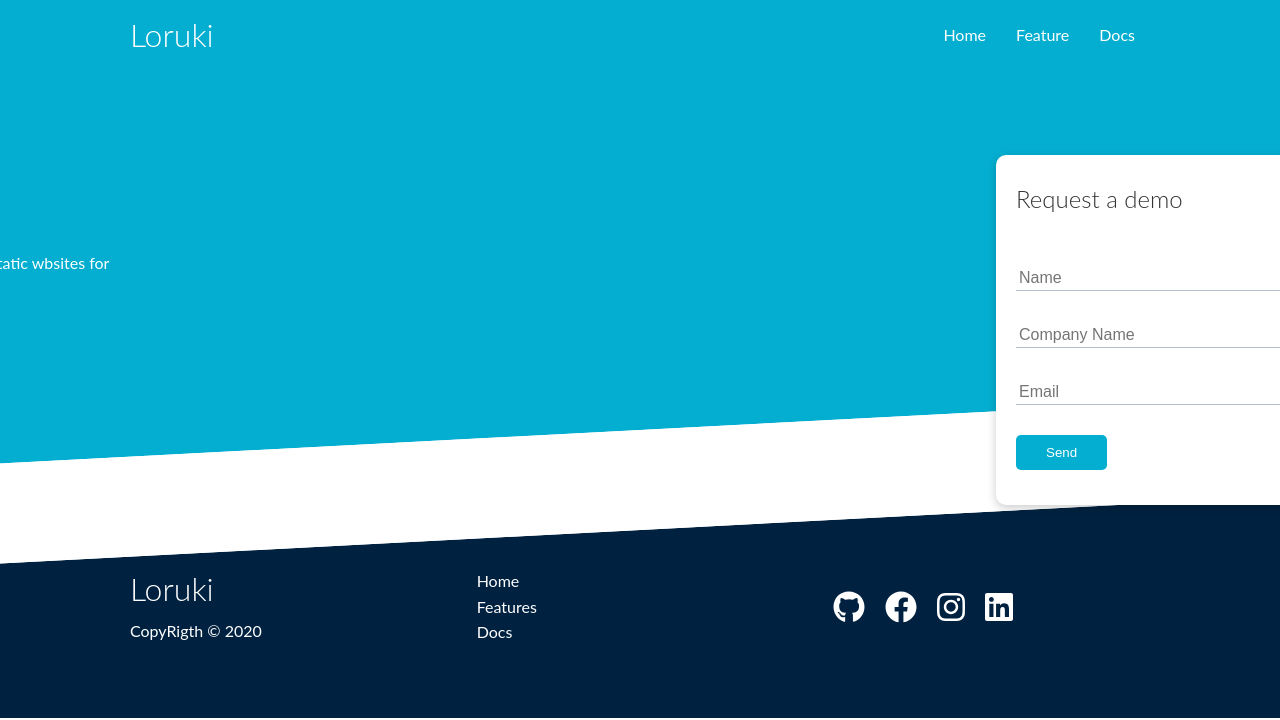
Repository: MosiurRrahman/loruki-app-reactjs
Page: /
An editor plug-in stored every save of this project. The page is shown before and after the next save, followed by the edit.
The browser window is 1280 px wide. The pictures show the whole page.
The project was rebuilt for these pictures with package versions that can differ from the ones it lists, and the page was loaded fresh each time. Also part of the build but not shown: src/components/app.jsx.

Above is the page before, as saved 2021-10-05 16:54:51.

### src/index.js
import React from 'react';
import ReactDOM from 'react-dom';
import { BrowserRouter, Route, Switch } from 'react-router-dom';
import Layout from './components/app';
import defaultLayout from './components/layouts/Main';
import './index.css';
// import './utilities';






class Root extends React.Component{
  render(){
    return(
      <BrowserRouter basename = {"/"} >
      <Switch>
        <Route exact path = "/" component={defaultLayout} />
      <Layout></Layout>
      </Switch>
      </BrowserRouter>
    );
  }
}




ReactDOM.render(
  <React.StrictMode>
    <Root />
  </React.StrictMode>,
  document.getElementById('root')
);

### src/components/layouts/Main.jsx
import React, { Component } from "react";
import Footer from "../common/Footer";
import Header from "../common/Header";
import HomePage from "../pages/home/HomePage";

class Main extends Component {
  constructor(props) {
    super(props);
    this.state = {};
  }
  render() {
    return (
      <>
        <Header />
        <HomePage />
        <Footer />
      </>
    );
  }
}

export default Main;

### src/index.css
/* all css imported */

@import url("./assets/css/main");
@import url("./assets/css/utilities");

### src/components/common/Footer.jsx
import {
  faFacebook,
  faGithub,
  faInstagram,
  faLinkedin,
} from "@fortawesome/free-brands-svg-icons";
import { FontAwesomeIcon } from "@fortawesome/react-fontawesome";
import { Component } from "react";

class Footer extends Component {
  render() {
    return (
      <>
        <footer className="footer bg-dark py-5">
          <div className="container grid grid-3">
            <div>
              <h1>Loruki</h1>
              <p>CopyRigth &copy; 2020</p>
            </div>
            <nav>
              <ul>
                <li>
                  <a href="index.html">Home</a>
                </li>
                <li>
                  <a href="feature.html">Features</a>
                </li>
                <li>
                  <a href="docs.html">Docs</a>
                </li>
              </ul>
            </nav>
            <div className="social">
              <a href="#">
                <li className="fa-2x">
                  <FontAwesomeIcon icon={faGithub} />
                </li>
              </a>
              <a href="#">
                <li className="fa-2x">
                  <FontAwesomeIcon icon={faFacebook} />
                </li>
              </a>
              <a href="#">
                <li className="fa-2x">
                  <FontAwesomeIcon icon={faInstagram} />
                </li>
              </a>
              <a href="#">
                <li className=" fa-2x">
                  <FontAwesomeIcon icon={faLinkedin} />
                </li>
              </a>
            </div>
          </div>
        </footer>
      </>
    );
  }
}
export default Footer;

### src/components/common/Header.jsx
import { Component } from "react";

class Header extends Component {
  render() {
    return (
      <>
        <div className="navbar">
          <div className="container flex">
            <h1 className="logo">Loruki</h1>
            <nav>
              <ul>
                <li>
                  <a href="index.html">Home</a>
                </li>
                <li>
                  <a href="feature.html">Feature</a>
                </li>
                <li>
                  <a href="docs.html">Docs</a>
                </li>
              </ul>
            </nav>
          </div>
        </div>
      </>
    );
  }
}
export default Header;

### src/components/pages/home/HomePage.js
import React, { Component } from 'react';
import ShowCase from './ShowCase';
import Status from './Status';

class HomePage extends Component {
    constructor(props){
        super(props);
        this.state = {

        }
    }
    render() {
        return (
            <>
            <ShowCase/>
            <Status/>
            </>
        );
    }
}

export default HomePage;

### src/assets/css/main.css
:root {
  --primary-color: #04aed0;
  --secondry-color: #04a1c0;
  --dark-color: #002240;
  --light-color: #f4f4ff;
  --success-color: #5cb85c;
  --error-color: #d9534f;
}

* {
  box-sizing: border-box;
  margin: 0;
  padding: 0;
}

body {
  font-family: "lato", sans-serif;
  color: #333333;
  line-height: 1.6;
}

ul {
  list-style-type: none;
}

a {
  text-decoration: none;
  color: #333333;
}

h1,
h2 {
  font-weight: 300;
  line-height: 1.2;
  margin: 10px 0;
}

p {
  margin: 10px 0;
}

img {
  width: 100%;
}

code,
pre {
  background: #333;
  color: #fff;
  padding: 10px;
}

.hidden {
  visibility: hidden;
  height: 0;
}

/* === navbar style === */

.navbar {
  background-color: var(--primary-color);
  color: #ffffff;
  height: 70px;
}

.navbar .flex {
  justify-content: space-between;
}

.navbar ul {
  display: flex;
}

.navbar ul a {
  padding: 10px;
  margin: 0 5px;
  color: #fff;
  transition: 0.3s;
}

.navbar ul a:hover {
  border-bottom: 2px solid #fff;
}

/* === Showcase style === */

.showcase {
  height: 400px;
  background-color: var(--primary-color);
  color: #fff;
  position: relative;
}

.showcase h1 {
  font-size: 40px;
}

.showcase p {
  margin: 20px 0;
}

.showcase .grid {
  overflow: visible;
  grid-template-columns: 55% 45%;
  gap: 30px;
}

body {
  overflow-x: hidden;
}

.showcase-form {
  position: relative;
  top: 60px;
  height: 350px;
  max-width: 400px;
  padding: 40px;
  z-index: 100;
  animation: slideInFromRight 1s ease-in;
}

.showcase-text {
  animation: slideInFromLeft 1s ease-in;
}

.showcase .form-control {
  margin: 30px 0;
}

.showcase input[type="text"],
.showcase input[type="email"] {
  border: 0;
  border-bottom: 1px solid #b4becb;
  width: 100%;
  padding: 3px;
  font-size: 16px;
}

.showcase-form input:focus {
  outline: none;
}

.showcase::before,
.showcase::after {
  content: "";
  position: absolute;
  height: 100px;
  background: #fff;
  left: 0;
  bottom: -60px;
  right: 0;
  transform: skewY(-3deg);
  --webkit-transform: skewY(-3deg);
  --moz-transform: skewY(-3deg);
  --ms-transform: skewY(-3deg);
}

/* ===stats=== */

.stats {
  padding-top: 100px;
  animation: slideInFromBottom 1s ease-in;
}

.stats-heading {
  max-width: 500px;
  margin: auto;
}

.stats .grid h3 {
  font-size: 35px;
}

.stats .grid p {
  font-size: 20px;
  font-weight: bold;
}

/* cli */

.cli .grid {
  grid-template-columns: repeat(3, 1fr);
  grid-template-rows: repeat(2, 1fr);
}

.cli .grid > *:first-child {
  grid-column: 1 / span 2;
  grid-row: 1 / span 2;
}

/* Cloud */

.cloud .grid {
  grid-template-columns: repeat(4fr, 1fr);
}

/* languages */

.languages .flex {
  flex-wrap: wrap;
}

.languages .card {
  text-align: center;
  margin: 18px 10px 40px;
  transition: 0.3s;
}

.languages .card:hover {
  transform: translateY(-15px);
  color: var(--primary-color);
}

.languages .card h4 {
  font-size: 20px;
  margin-bottom: 10px;
}

/* Feature section */

.freatures-head img,
.docs-head img {
  width: 200px;
  justify-self: center;
}

.freatures-sub-head img {
  width: 300px;
  justify-self: flex-end;
}

/* feature main */

.freatures-main .card > i {
  margin-right: 20px;
}

.freatures-main .grid {
  padding: 30px;
}

.freatures-main .grid > *:first-child {
  grid-column: 1 / span 3;
}

.freatures-main .grid > *:nth-child(2) {
  grid-column: 1 / span 2;
}

.freatures-main .grid > *:nth-child(2) {
  justify-content: start;
}

/* dosc */

.docs-main h3 {
  margin: 20px 0;
}

.docs-main .grid {
  grid-template-columns: 1fr 2fr;
  align-items: flex-start;
}

.docs-main nav li {
  font-size: 20px;
  padding-bottom: 5px;
  margin-bottom: 5px;
  border-bottom: 1px solid #ccc;
}

.docs-main nav a:hover {
  color: var(--primary-color);
  font-weight: bold;
}

/* Footer */
.footer .social {
  display: flex;
}
.footer .social a {
  margin: 0 10px;
}

.footer .social a li {
  list-style-type: none;
  transition: 0.3s;
}

.footer .social a li:hover {
  transform: translateY(-5px);
  color: var(--primary-color);
}

/* Animation */

@keyframes slideInFromLeft {
  0% {
    transform: translateX(-100%);
  }
  100% {
    transform: translateX(0);
  }
}

@keyframes slideInFromRight {
  0% {
    transform: translateX(70%);
  }
  100% {
    transform: translateX(0);
  }
}

@keyframes slideInFromTop {
  0% {
    transform: translateY(-100%);
  }
  100% {
    transform: translateX(0);
  }
}

@keyframes slideInFromBottom {
  0% {
    transform: translateY(100%);
  }
  100% {
    transform: translateX(0);
  }
}

/* ===responsive css ===*/

/* Tablets and under */

@media screen and (max-width: 768px) {
  .grid,
  .showcase .grid,
  .stats .grid,
  .cli .grid,
  .cloud .grid,
  .freature-main .grid,
  .docs-main .grid {
    grid-template-columns: 1fr;
    grid-template-rows: 1fr;
  }
  .showcase {
    height: auto;
  }
  .showcase-text {
    text-align: center;
    margin-top: 40px;
    animation: slideInFromTop 1s ease-in;
  }
  .showcase-form {
    justify-self: center;
    margin: auto;
    animation: slideInFromBottom 1s ease-in;
  }
  .cli .grid > *:first-child {
    grid-column: 1;
    grid-row: 1;
  }
  .freatures-head,
  .freatures-sub-head,
  .docs-head {
    text-align: center;
  }
  .freatures-head img,
  .freatures-sub-head img,
  .docs-head img {
    justify-self: center;
  }
  .freatures-main .grid > *:first-child,
  .freatures-main .grid > *:nth-child(2) {
    grid-column: 1;
  }
  .grid-3 {
    grid-template-columns: 1fr;
    grid-template-rows: 1fr;
  }
}

/* Mobile */

@media (max-width: 500px) {
  .navbar {
    height: 110px;
  }
  .navbar .flex {
    flex-direction: column;
  }
  .navbar ul {
    padding: 10px;
    background: rgba(0, 0, 0, 0.1);
  }
}

/* ===responsive css end ===*/

/* === utlities === */

.container {
  max-width: 1100px;
  margin: 0 auto;
  overflow: auto;
  padding: 0 40px;
}

.card {
  background-color: #fff;
  color: #333;
  border-radius: 10px;
  box-shadow: 0 3px 10px rgba(0, 0, 0, 0.2);
  padding: 20px;
  margin: 10px;
}

.card p {
  padding-left: 20px;
}

.btn {
  display: inline-block;
  padding: 10px 30px;
  cursor: pointer;
  background: var(--primary-color);
  color: #fff;
  border: none;
  border-radius: 5px;
  transition: 0.3s;
}

.btn-outline {
  background-color: transparent;
  border: 1px solid #ffffff;
}

.btn:hover {
  transform: translate(5px);
}

/* background and colored buttons */

.btn-primary,
.bg-primary {
  background-color: var(--primary-color);
  color: #ffffff;
}

.btn-secondry,
.bg-secondry {
  background-color: var(--secondry-color);
  color: #ffffff;
}

.btn-dark,
.bg-dark {
  background-color: var(--dark-color);
  color: #ffffff;
}

.btn-light,
.bg-light {
  background-color: var(--light-color);
  color: #333;
}

.btn-primary a,
.bg-primary a,
.btn-secondry a,
.bg-secondry a,
.btn-dark a,
.bg-dark a {
  color: #fff;
}

/* text sizes */

.lead {
  font-size: 20px;
}

.sm {
  font-size: 1rem;
}

.md {
  font-size: 2rem;
}

.lg {
  font-size: 3rem;
}

.xl {
  font-size: 4rem;
}

.text-center {
  text-align: center;
}

.flex {
  display: flex;
  justify-items: center;
  align-items: center;
  height: 100%;
}

.grid {
  display: grid;
  grid-template-columns: repeat(2, 1fr);
  gap: 20px;
  justify-content: center;
  align-items: center;
  height: 100%;
}

.grid-3 {
  grid-template-columns: repeat(3, 1fr);
}

/* alart */

.alert {
  background-color: var(--light-color);
  padding: 10px 20px;
  font-weight: bold;
  margin: 15px 0;
}

.alert i {
  margin-right: 10px;
}

.alert-success {
  background-color: var(--success-color);
  color: #fff;
}

.alert-error {
  background-color: var(--errer-color);
  color: #fff;
}

/* Margin */

.my-1 {
  margin: 1rem 0;
}

.my-2 {
  margin: 1.5rem 0;
}

.my-3 {
  margin: 2rem;
}

.my-4 {
  margin: 3rem 0;
}

.my-5 {
  margin: 4rem 0;
}

.m-1 {
  margin: 1rem;
}

.m-2 {
  margin: 1.5rem;
}

.m-3 {
  margin: 2rem;
}

.m-4 {
  margin: 3rem;
}

.m-5 {
  margin: 4rem;
}

/* padding */

.py-1 {
  padding: 1rem 0;
}

.py-2 {
  padding: 1.5rem 0;
}

.py-3 {
  padding: 2rem;
}

.py-4 {
  padding: 3rem 0;
}

.py-5 {
  padding: 4rem 0;
}

.p-1 {
  padding: 1rem;
}

.p-2 {
  padding: 1.5rem;
}

.p-3 {
  padding: 2rem;
}

.p-4 {
  padding: 3rem;
}

.p-5 {
  padding: 4rem;
}

### src/assets/css/utilities.css
/* === utlities === */

.container {
  max-width: 1100px;
  margin: 0 auto;
  overflow: auto;
  padding: 0 40px;
}

.card {
  background-color: #fff;
  color: #333;
  border-radius: 10px;
  box-shadow: 0 3px 10px rgba(0, 0, 0, 0.2);
  padding: 20px;
  margin: 10px;
}

.card p {
  padding-left: 20px;
}

.btn {
  display: inline-block;
  padding: 10px 30px;
  cursor: pointer;
  background: var(--primary-color);
  color: #fff;
  border: none;
  border-radius: 5px;
  transition: 0.3s;
}

.btn-outline {
  background-color: transparent;
  border: 1px solid #ffffff;
}

.btn:hover {
  transform: translate(5px);
}

/* background and colored buttons */

.btn-primary,
.bg-primary {
  background-color: var(--primary-color);
  color: #ffffff;
}

.btn-secondry,
.bg-secondry {
  background-color: var(--secondry-color);
  color: #ffffff;
}

.btn-dark,
.bg-dark {
  background-color: var(--dark-color);
  color: #ffffff;
}

.btn-light,
.bg-light {
  background-color: var(--light-color);
  color: #333;
}

.btn-primary a,
.bg-primary a,
.btn-secondry a,
.bg-secondry a,
.btn-dark a,
.bg-dark a {
  color: #fff;
}

/* text sizes */

.lead {
  font-size: 20px;
}

.sm {
  font-size: 1rem;
}

.md {
  font-size: 2rem;
}

.lg {
  font-size: 3rem;
}

.xl {
  font-size: 4rem;
}

.text-center {
  text-align: center;
}

.flex {
  display: flex;
  justify-items: center;
  align-items: center;
  height: 100%;
}

.grid {
  display: grid;
  grid-template-columns: repeat(2, 1fr);
  gap: 20px;
  justify-content: center;
  align-items: center;
  height: 100%;
}

.grid-3 {
  grid-template-columns: repeat(3, 1fr);
}

/* alart */

.alert {
  background-color: var(--light-color);
  padding: 10px 20px;
  font-weight: bold;
  margin: 15px 0;
}

.alert i {
  margin-right: 10px;
}

.alert-success {
  background-color: var(--success-color);
  color: #fff;
}

.alert-error {
  background-color: var(--errer-color);
  color: #fff;
}

/* Margin */

.my-1 {
  margin: 1rem 0;
}

.my-2 {
  margin: 1.5rem 0;
}

.my-3 {
  margin: 2rem;
}

.my-4 {
  margin: 3rem 0;
}

.my-5 {
  margin: 4rem 0;
}

.m-1 {
  margin: 1rem;
}

.m-2 {
  margin: 1.5rem;
}

.m-3 {
  margin: 2rem;
}

.m-4 {
  margin: 3rem;
}

.m-5 {
  margin: 4rem;
}

/* padding */

.py-1 {
  padding: 1rem 0;
}

.py-2 {
  padding: 1.5rem 0;
}

.py-3 {
  padding: 2rem;
}

.py-4 {
  padding: 3rem 0;
}

.py-5 {
  padding: 4rem 0;
}

.p-1 {
  padding: 1rem;
}

.p-2 {
  padding: 1.5rem;
}

.p-3 {
  padding: 2rem;
}

.p-4 {
  padding: 3rem;
}

.p-5 {
  padding: 4rem;
}

### src/components/pages/home/ShowCase.js
import React, { Component } from "react";
import ShowcaseForm from "./ShowcaseForm";

class ShowCase extends Component {
  render() {
    return (
      <>
        <section className="showcase">
          <div className="container grid">
            <div className="showcase-text">
              <h1>Easier Deployment</h1>
              <p>
                Deploy web apps of all kinds, from large scale enterise APIs to
                static wbsites for individuals.Flill out the form to try a demo
                of our platform
              </p>
              <a href="feature.html" class="btn btn-outline">
                Read More
              </a>
            </div>


          <ShowcaseForm/>
          </div>
        </section>
      </>
    );
  }
}

export default ShowCase;

### src/components/pages/home/Status.js
import React, { Component } from 'react';

class Status extends Component {
    render() {
        return (
            <div>
                this is Status components
            </div>
        );
    }
}

export default Status;

### src/components/pages/home/ShowcaseForm.js
import React, { Component } from 'react';

class ShowcaseForm extends Component {
    render() {
        return (
            <>
                <div className="showcase-form card">
                <h2>Request a demo</h2>
                <form name="contact" method="POST" data-netlify="true" netlify-honeypot="bot-field">
                    <input type="hidden" name="form-name" value="contact"/>
                    <p className="hidden">
                        <label>Don’t fill this out if you're human: <input name="bot-field" /></label>
                    </p>
                    <div className="form-control">
                        <input type="text" name="name" id="" placeholder="Name" required />
                    </div>
                    <div className="form-control">
                        <input type="text" name="Company name" id="" placeholder="Company Name" required />
                    </div>
                    <div className="form-control">
                        <input type="email" name="email" id="" placeholder="Email" required />
                    </div>
                    <input type="submit" value="Send" className="btn btn-primary" />
                </form>
            </div>
            </>
        );
    }
}

export default ShowcaseForm;

Loaded but not shown: public/index.html (common file)

After the next save:
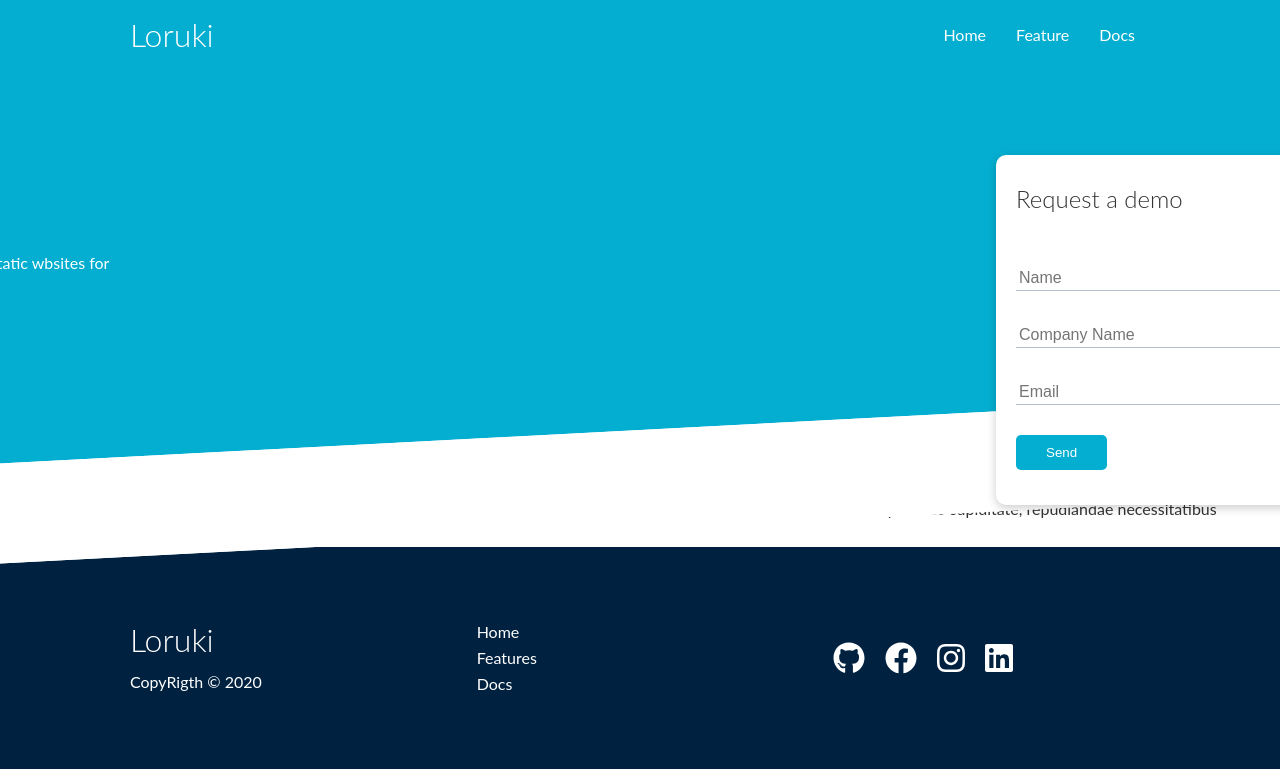
Saved 35 s later.
--- a/src/components/pages/home/Status.js
+++ b/src/components/pages/home/Status.js
@@ -4,7 +4,7 @@ class Status extends Component {
     render() {
         return (
             <div>
-                this is Status components
+                this is Status components Lorem ipsum dolor sit amet consectetur adipisicing elit. Ad adipisci laborum doloribus, culpa eos quod, quam illo assumenda dolor unde fugiat error dolores ipsa numquam repudiandae. Neque facilis nam assumenda beatae incidunt, aut, delectus fuga deleniti quas hic impedit porro asperiores cupiditate, repudiandae necessitatibus accusamus? Sed omnis recusandae vitae? Dolore.
             </div>
         );
     }
